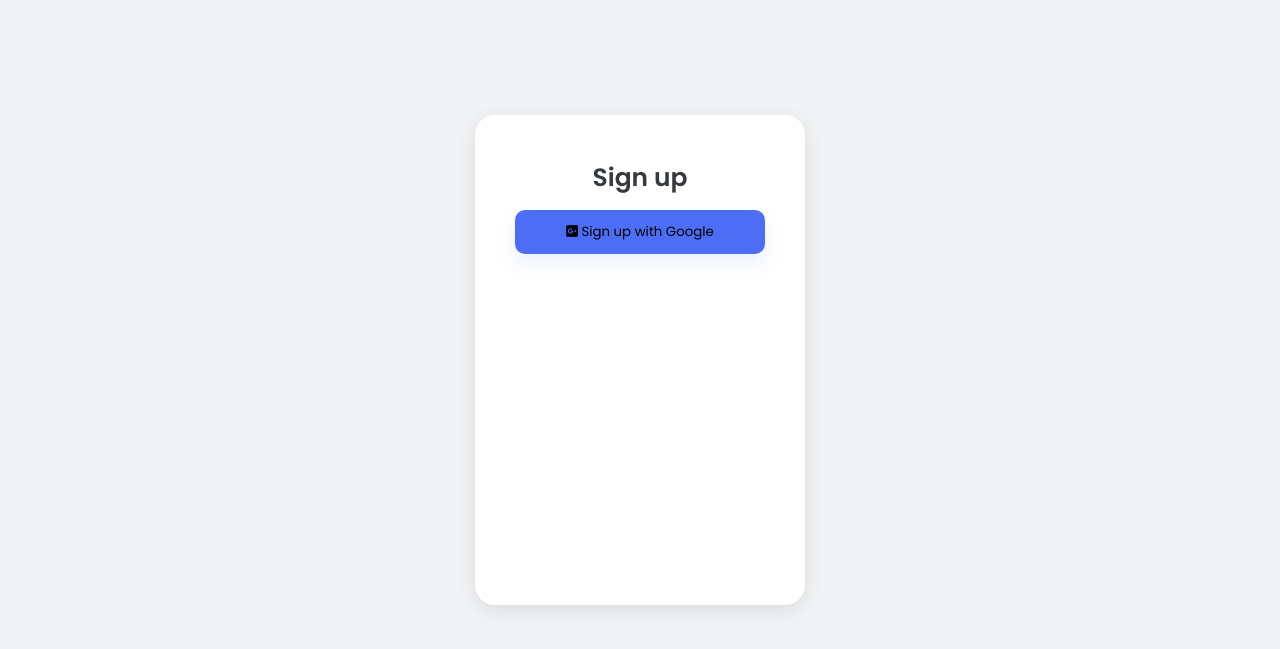
Repository: TranMinhMan040702/practice_html-css
Page: form-login/index.html
These files come from the project's save history. The page is drawn as it stood at one moment and after the next save; the edit follows.
The browser window is 1280 px wide. The pictures show the whole page.
Some web libraries are served in a nearby version.

Above is the page before, as saved 2022-08-24 12:54:42.

### form-login/index.html
<!DOCTYPE html>
<html lang="en">
<head>
    <meta charset="UTF-8">
    <meta http-equiv="X-UA-Compatible" content="IE=edge">
    <meta name="viewport" content="width=device-width, initial-scale=1.0">
    <link href="https://fonts.googleapis.com/css2?family=Poppins:wght@300;400;600&display=swap" rel="stylesheet">
    <link rel="stylesheet" href="https://cdnjs.cloudflare.com/ajax/libs/font-awesome/6.1.2/css/all.min.css" integrity="sha512-1sCRPdkRXhBV2PBLUdRb4tMg1w2YPf37qatUFeS7zlBy7jJI8Lf4VHwWfZZfpXtYSLy85pkm9GaYVYMfw5BC1A==" crossorigin="anonymous" referrerpolicy="no-referrer" />
    <title>Sign up</title>
    <link rel="stylesheet" href="reset.css">
    <link rel="stylesheet" href="main.css">
</head>
<body>
    <div class="singup">
        <div class="signup-heading">
            <h1>Sign up</h1>
        </div>
        <button class="signup-button">
            <i class="fa-brands fa-square-google-plus signup-icon"></i>
            <span class="signup-text">
                Sign up with Google
            </span>
        </button>
    </div>
</body>
</html>

### form-login/reset.css
html,
body,
div,
span,
applet,
object,
iframe,
h1,
h2,
h3,
h4,
h5,
h6,
p,
blockquote,
pre,
a,
abbr,
acronym,
address,
big,
cite,
code,
del,
dfn,
em,
img,
ins,
kbd,
q,
s,
samp,
small,
strike,
strong,
sub,
sup,
tt,
var,
b,
u,
i,
center,
dl,
dt,
dd,
ol,
ul,
li,
fieldset,
form,
label,
legend,
table,
caption,
tbody,
tfoot,
thead,
tr,
th,
td,
article,
aside,
canvas,
details,
embed,
figure,
figcaption,
footer,
header,
hgroup,
menu,
nav,
output,
ruby,
section,
summary,
time,
mark,
audio,
video {
  margin: 0;
  padding: 0;
  border: 0;
  font-size: 100%;
  font: inherit;
  vertical-align: baseline;
}
/* HTML5 display-role reset for older browsers */
article,
aside,
details,
figcaption,
figure,
footer,
header,
hgroup,
menu,
nav,
section {
  display: block;
}
body {
  line-height: 1;
}
ol,
ul {
  list-style: none;
}
blockquote,
q {
  quotes: none;
}
blockquote:before,
blockquote:after,
q:before,
q:after {
  content: "";
  content: none;
}
table {
  border-collapse: collapse;
  border-spacing: 0;
}

### form-login/main.css
html {
    font-size: 62.5%;
    font-family: "Poppins", sans-serif;
}

* {
    box-sizing: border-box;
}

body {
    width: 100%;
    height: 100vh;
    background-color: #f2f3f5;
    display: flex;
    justify-content: center;
    align-items: center;
}

.singup {
    max-width: 330px;
    width: 100%;
    height: 490px;
    background-color: #fff;
    padding: 50px 40px;
    border-radius: 20px;
    box-shadow: 0px 5px 20px rgba(0, 0, 0, 0.1);
}

.signup-heading {
    font-size: 2.5rem;
    font-weight: 600;
    color: #363a3f;
    text-align: center;
    margin-bottom: 20px;
}

.signup-button {
    font-family: "Poppins", sans-serif;
    width: 100%;
    height: 44px;
    border-radius: 10px;
    background-color: #4c6ef4;
    display: inline-block;
    border: none;
    box-shadow: 0px 10px 20px rgba(76, 110, 244, 0.1);
}

.signup-icon {

}

.signup-text {

}

After the next save:
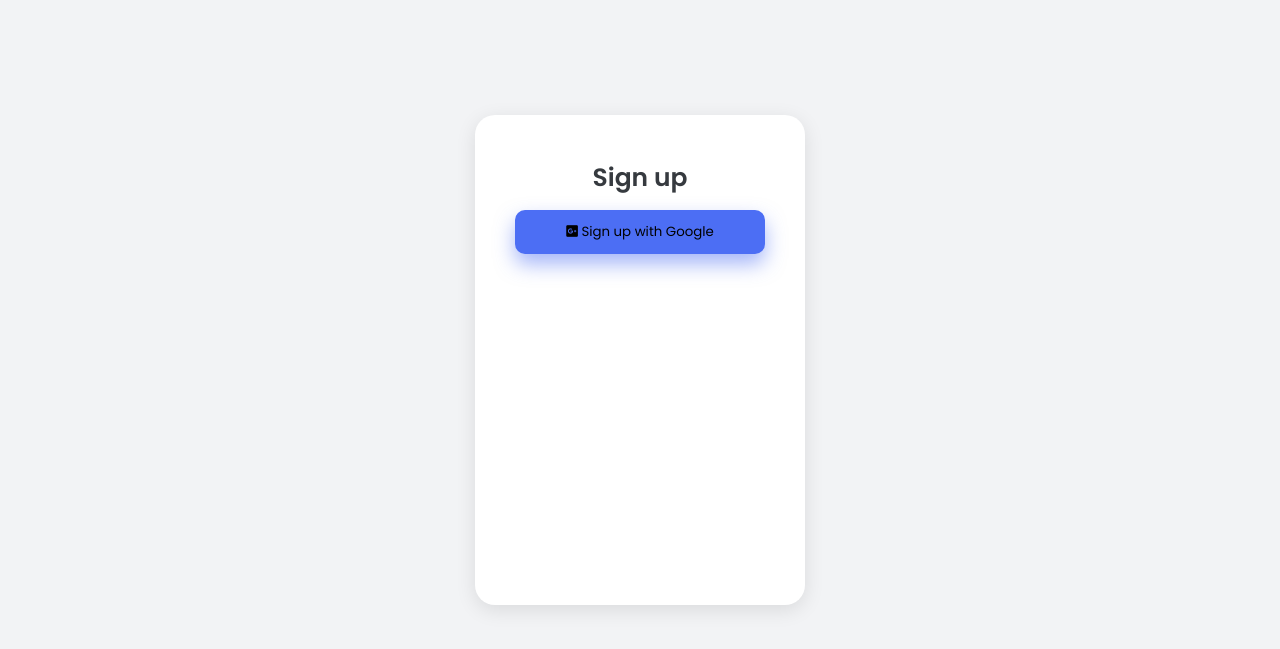
Saved 13 s later.
--- a/form-login/main.css
+++ b/form-login/main.css
@@ -42,7 +42,7 @@ body {
     background-color: #4c6ef4;
     display: inline-block;
     border: none;
-    box-shadow: 0px 10px 20px rgba(76, 110, 244, 0.1);
+    box-shadow: 0px 10px 20px rgba(76, 110, 244, 0.5);
 }
 
 .signup-icon {
